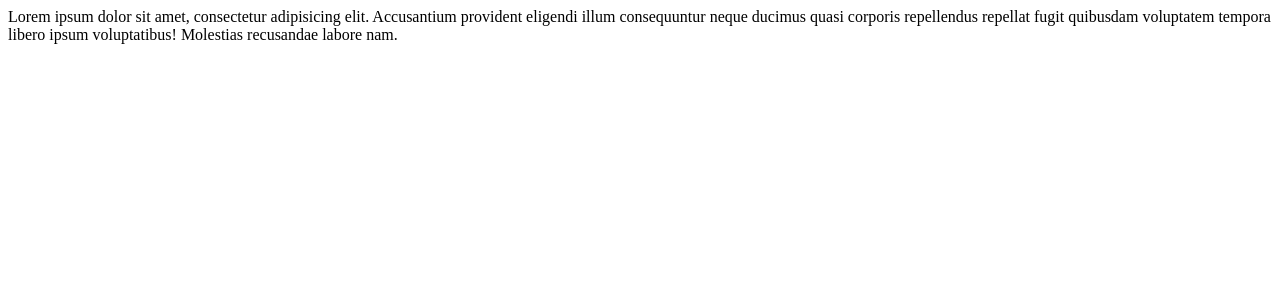
Repository: es1210/JSP_AM_2024_08
Page: http://localhost/JSP_AM_2024_08/jsp/home/list.jsp
An editor plug-in stored every save of this project. The page is shown before and after the next save, followed by the edit.
The browser window is 1280 px wide. The pictures show the whole page.
The page is served by Tomcat 10.

Above is the page before, as saved 2024-08-05 07:40:47.

After the next save:
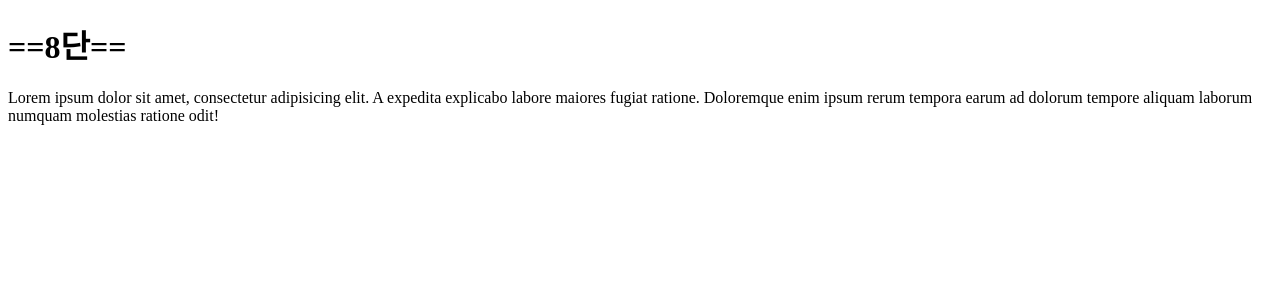
Saved 2 min 24 s later.
--- a/JSP_AM_2024_08/src/main/webapp/jsp/home/list.jsp
+++ b/JSP_AM_2024_08/src/main/webapp/jsp/home/list.jsp
@@ -7,7 +7,9 @@
 <title>구구단 출력</title>
 </head>
 <body>
-	<div>
-	Lorem ipsum dolor sit amet, consectetur adipisicing elit. Accusantium provident eligendi illum consequuntur neque ducimus quasi corporis repellendus repellat fugit quibusdam voluptatem tempora libero ipsum voluptatibus! Molestias recusandae labore nam.</div>
+
+	<h1>==8단==</h1>
+	<div>Lorem ipsum dolor sit amet, consectetur adipisicing elit. A expedita explicabo labore maiores fugiat ratione. Doloremque enim ipsum rerum tempora earum ad dolorum tempore aliquam laborum numquam molestias ratione odit!</div>
+
 </body>
 </html>
